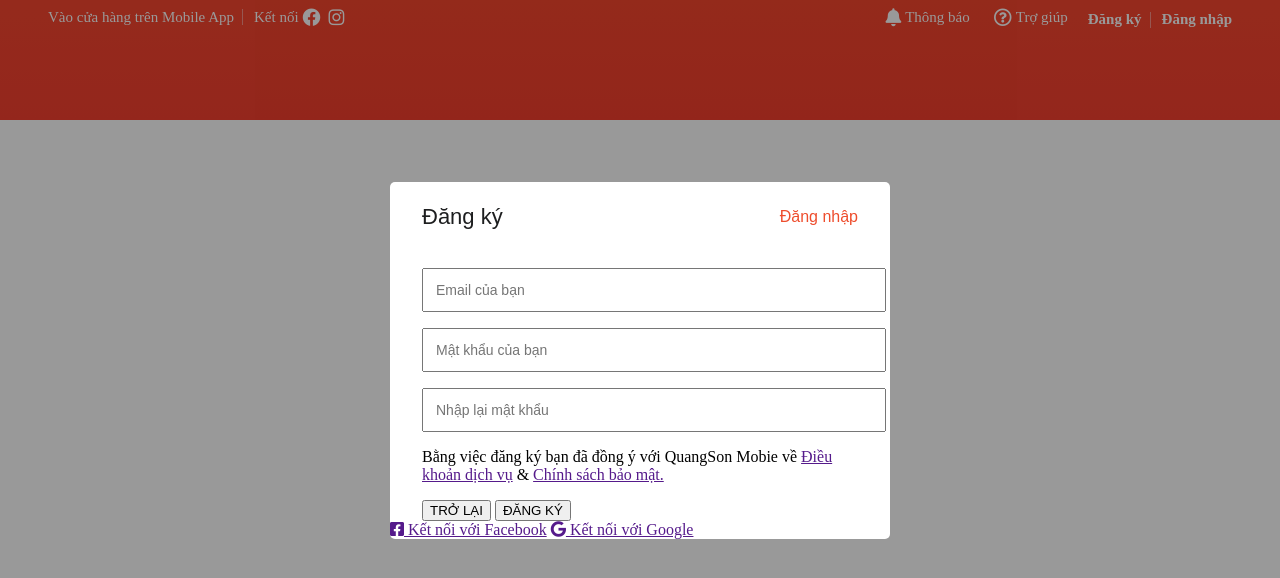
Repository: Qson412/BTL_Web
Page: index.html
An editor plug-in stored every save of this project. The page is shown before and after the next save, followed by the edit.
The browser window is 1280 px wide. The pictures show the whole page.

Above is the page before, as saved 2021-11-29 11:22:18.

### index.html
<!DOCTYPE html>
<html lang="en">

<head>
    <meta charset="UTF-8">
    <meta http-equiv="X-UA-Compatible" content="IE=edge">
    <meta name="viewport" content="width=device-width, initial-scale=1.0">
    <link rel="stylesheet" href="./base.css">
    <link rel="stylesheet" href="./main.css">
    <link rel="stylesheet" href="./fontawesome-free-5.15.4-web/css/all.min.css">
    <title>Trang trủ</title>
</head>

<body>
    <div class="app">
        <!-- HEADER -->
        <header class="header">
            <div class="grid">
                <nav class="header__navbar">
                    <ul class="header__navbar-list">
                        <li class="header__navbar-item header__navbar-item--has-qr header__navbar-item--separate">
                            Vào cửa hàng trên Mobile App
                            <!--Link Dowloads App in QR, GG Play and AppStore-->
                            <div class="header__qr">
                                <img src="./uploads/qr_code.png" alt="QR code" class="header__qr-img">
                                <div class="header__qr-app">
                                    <!--Link Dowloads App in GG Play-->
                                    <a href="https://play.google.com/store/apps/details?id=com.shopee.vn&hl=vi&gl=US"
                                        class="header__qr-link"><img src="./uploads/gg_play.png" alt="Google Play"
                                            class="header__qr-dowloads-img"></a>
                                    <!--Link Dowloads App in AppStore-->
                                    <a href="https://apps.apple.com/vn/app/id959841449" class="header__qr-link"><img
                                            src="./uploads/appstore.png" alt="App Store"
                                            class="header__qr-dowloads-img"></a>
                                </div>
                            </div>
                        </li>
                        <li class="header__navbar-item">
                            <span class="header__navbar-title--no-poiter">Kết nối</span>
                            <a href="https://www.facebook.com/" class="header__navbar-icon-link"><i
                                    class="header__navbar-icon fab fa-facebook"></i></a>
                            <a href="https://www.instagram.com/" class="header__navbar-icon-link"><i
                                    class="header__navbar-icon fab fa-instagram"></i></a>
                        </li>
                    </ul>

                    <ul class="header__navbar-list">
                        <li class="header__navbar-item header__navbar-item--has-notify"><a href="" class="header__navbar-item-link">
                                <i class="header__navbar-icon fas fa-bell"></i>
                                Thông báo</a>
                                <!-- Header Notification-->
                                <div class="header__notify">
                                    <header class="header__notify-header">
                                        <h3> Thông báo mới nhận</h3>
                                    </header>
                                    <ul class="header__notify-list">
                                        <li class="header__notify-item header__notify-item--viewed">
                                            <a href="" class="header__notify-link">
                                                <img src="https://cf.shopee.vn/file/3096ba0dd1902385608dca97184bb28b_tn" alt="" class="header__notify-img">
                                                <div class="header__notify-info">
                                                    <span class="header__notify-name">
                                                        Dòng điện thoại SamSung chính hãng vừa ra mắt. </span>
                                                    <span class="header__notify-descriotion">
                                                        Mô tả: SamSung Galaxy Z Fold3 5G.
                                                    </span>
                                                </div>
                                            </a>
                                        </li>

                                        <li class="header__notify-item header__notify-item--viewed">
                                            <a href="" class="header__notify-link">
                                                <img src="https://cf.shopee.vn/file/98a817a6d4d54cbe3c3f241815fc9c8f" alt="" class="header__notify-img">
                                                <div class="header__notify-info">
                                                    <span class="header__notify-name">
                                                        Siêu sale hàng chính hãng cùng Oppo </span>
                                                    <span class="header__notify-descriotion">
                                                        Mô tả: OPPO RENO 6(8GB | 128GB) - Hàng chính hãng.
                                                    </span>
                                                </div>
                                            </a>
                                        </li>

                                        <li class="header__notify-item header__notify-item--viewed">
                                            <a href="" class="header__notify-link">
                                                <img src="https://cf.shopee.vn/file/cd2c1b70c092a7ce16bf17bdd33a638e" alt="" class="header__notify-img">
                                                <div class="header__notify-info">
                                                    <span class="header__notify-name">
                                                        Xiaomi đang giảm giá dòng sản phẩm mới với giá cực sốc.</span>
                                                    <span class="header__notify-descriotion">
                                                        Mô tả: Xiaomi Redmi 10(4GB|128GB) - Hàng chính hãng.
                                                    </span>
                                                </div>
                                            </a>
                                        </li>
                                    </ul>
                                    <footer class="header__notify-footer">
                                        <a href="" class="header__notify-footer-btn">Xem tất cả</a>
                                    </footer>
                                </div>
                        </li>
                        <li class="header__navbar-item"><a href="" class="header__navbar-item-link">
                                <i class="header__navbar-icon far fa-question-circle"></i>
                                Trợ giúp</a>
                        </li>
                        <li class="header__navbar-item header__navbar-item--strong header__navbar-item--separate">Đăng
                            ký</li>
                        <li class="header__navbar-item header__navbar-item--strong">Đăng nhập</li>
                    </ul>
                </nav>
            </div>

        </header>

        <div class="container">

        </div>

        <footer class="footer">

        </footer>
    </div>
    <!-- Modal Body-->
    <div class="modal">
        <div class="modal__overlay"> </div>

        <div class="modal__body">

            <!-- Regiser/Login Form-->
            <div class="auth-form">
                <div class="auth-form__container">
                    <div class="auth-form__header">
                        <h3 class="auth-form__heading">Đăng ký</h3>
                        <span class="auth-form__switch-btn">Đăng nhập</span>
                    </div>

                    <div class="auth-form__form">
                        <div class="auth-form__group">
                            <input type="text" class="auth-form__input" placeholder="Email của bạn">
                        </div>
                        <div class="auth-form__group">
                            <input type="password" class="auth-form__input" placeholder="Mật khẩu của bạn">
                        </div>
                        <div class="auth-form__group">
                            <input type="password" class="auth-form__input" placeholder="Nhập lại mật khẩu">
                        </div>
                    </div>
                    <div class="auth-form__aside">
                        <p class="auth-form__policy-text">Bằng việc đăng ký bạn đã đồng ý với QuangSon Mobie về
                            <a href="" class="auth-form__policy-link">Điều khoản dịch vụ</a> &
                            <a href="" class="auth-form__policy-link">Chính sách bảo mật.</a>
                        </p>
                    </div>
                    <div class="auth-form__controls">
                        <button class="btn">TRỞ LẠI</button>
                        <button class="btn btn--primary">ĐĂNG KÝ</button>
                    </div>
                </div>

                <div class="auth-form__socials">
                    <a href="" class="btn btn--with-icon">
                        <i class="fab fa-facebook-square"></i>
                        Kết nối với Facebook</a>
                    <a href="" class="btn btn--with-icon">
                        <i class="fab fa-google"></i>
                        Kết nối với Google</a>
                </div>
            </div>

        </div>
    </div>
</body>

</html>

### base.css
body{
    margin: 0;
    padding: 0;
}
.grid{
    width: 1200px;
    max-width: 100%;
    margin: 0 auto;
}

/* Animation */
@keyframes fadeIn{
    from{
        opacity: 0;
    }
    to{
        opacity: 1;
    }
}
/* Bien ma mau*/
:root{
    --primary-color: #ee4d2d;
}

/* Modal */
.modal{
    position: fixed;
    top: 0;
    right: 0;
    left: 0;
    bottom: 0;
    display: flex;
}

.modal__overlay{
    position: absolute;
    width: 100%;
    height: 100%;
    background-color: rgba(0,0,0, 0.4);
}

.modal__body{
    z-index: 1;
    position: relative;
   background-color: white;
    margin: auto;
    border-radius: 5px;
}

### main.css
.header{

    height: 120px;
    background-image: linear-gradient(0, #f63f2e, #f7462e);
}
.header__navbar{
    display: flex;
    justify-content: space-between;
}
.header__navbar-list{
    list-style: none;
    padding-left: 0;
    margin-top: 4px;
}

.header__navbar-icon-link{
    color: white;
    text-decoration: none;
}

.header__navbar-icon{
    font-size: 18px;
    margin: 0 4px;
}
.header__navbar-item{
    margin: 0 8px ;
    position: relative;
    min-height: 26px;
}
.header__navbar-item--has-qr:hover .header__qr{
    display: block;
}
.header__navbar-item--has-notify:hover .header__notify{
    display: block;
}
.header__navbar-item,
.header__navbar-item-link{
    display: inline-block;
    font-size: 15px;
    color: white;
    text-decoration: none;
   font-family: 'Times New Roman', Times, serif;
}
.header__navbar-item:hover,
.header__navbar-icon-link:hover,
.header__navbar-item-link:hover{
    cursor: pointer;
    color: rgba(255, 255, 255, 0.7);
}

.header__navbar-item,
.header__navbar-item-link,
.header__navbar-icon-link{
    display: inline-flex;
    align-items: center;
}
.header__navbar-item--strong{
    font-weight: 900;
}

.header__navbar-item--separate::after{
    content: "";
    display: block;
    position: absolute;
    border-left: 1px solid #FB9086;
    height: 16px;
    right: -9px;
    top: 50%;
    transform: translateY(-50%);
}

.header__navbar-title--no-poiter{
    cursor: text;
    color: white;
}

/* Header QR code */
.header__qr{
    width: 175px;
    background-color: white ;
    position: absolute;
    left: 0;
    top: 118%;
    padding: 8px;
    border-radius: 2px;
    display: none;
    animation: fadeIn ease-in 0.5s;
}
.header__qr::before{
    position: absolute;
    left: 0;
    top: -16px;
    width: 100%;
    height: 20px;
    content: "";
    display: block;
}
.header__qr-img{
    width: 100%;
}

.header__qr-app{
    display: flex;
    justify-content: space-between;
    /* width: 100%;*/
}

.header__qr-link:nth-child(1){
    margin-left: 11px;
}
.header__qr-link:nth-child(2){
    margin-right: 11px;
}
.header__qr-dowloads-img{
    height: 16px;
}
/* HEADER NOTI.fication */
.header__notify{
    position: absolute;
    top: 118%;
    width: 404px;
    border: 1px solid #d3d3d3;
    background-color: white;
    right: 0;
    cursor: default;
    transform-origin: calc(100% - 20px) top ;
    animation: headerNotifyGrowth ease-in 0.2s;
    /* Mo rong animation trong truong hop 1 so Web không ho tro Animation */
    -webkit-animation: headerNotifyGrowth ease-in 0.2s;
    will-change: opacity, transform;
    display: none;
}

.header__notify::before{
    content: "";
    border-width: 20px 27px;
    border-style: solid;
    border-color: transparent transparent white transparent;
    position: absolute;
    right: 4px;
    top: -28px;
}

.header__notify::after{
    content: "";
    display: block;
    position: absolute;
    width: 90px;
    height: 20px;
    right: 0;
    top: -16px;
}
@keyframes headerNotifyGrowth{
    from{
        opacity: 0;
        transform: scale(0);
    }
    to{
        opacity: 1;
        transform: scale(1);
    }
}
.header__notify-header{
    height: 40px;
    background-color: white;
}

.header__notify-header h3{
    color: #999;
    margin:0 0 0 12px;
    font-weight: 400;
    font-size: 15px;
    line-height: 40px;
    user-select: none;
}

.header__notify-list{
    padding-left: 0;
}

.header__notify-item{
    display: flex;
}

.header__notify-item:hover{
    background-color: #f7f7f7;
}
.header__notify-item--viewed{
    background-color: rgb(238, 75, 43 , 0.08);
}

.header__notify-link{
    display: flex;
    width: 100%;
    padding: 12px;
    text-decoration: none;
    background-color: rgb(238, 77, 45 , 0.08);
}

.header__notify-img{
    width: 50px;
    object-fit: contain;
}

.header__notify-info{
    margin-left: 12px;
}

.header__notify-name{
    display:block;
    font-size: 14px;
    color: black;
    font-weight: 400;
    line-height: 1.2rem;
}

.header__notify-descriotion{
    display: block;
    font-size: 12px;
    color: #756f6e;
    line-height: 1.6rem;
}

.header__notify-footer{
    display: flex;
}

.header__notify-footer-btn{
    text-decoration: none;
    color: #272626;
    width: 100%;
    padding: 8px 0;
    text-align: center;
}

/* Authel Modal */
.auth-form{
    width: 500px;
}
.auth-form__container{
    padding: 0 32px;
}

.auth-form__header{
    display: flex;
    align-items: center;
    justify-content: space-between;
    font-family: Arial, Helvetica, sans-serif;
}

.auth-form__heading{
    font-size: 22px;
    font-weight: 500;
    color: rgb(29, 30, 31);
}

.auth-form__switch-btn{
    font-size: 16px;
    font-weight: 500;
    color: var(--primary-color);
    cursor: pointer;
}



.auth-form__input{
    width: 100%;
    height: 40px;
    margin-top: 16px;
    padding: 0 12px;
    font-size: 14px;
}

Loaded but not shown: fontawesome-free-5.15.4-web/css/all.min.css (library)

After the next save:
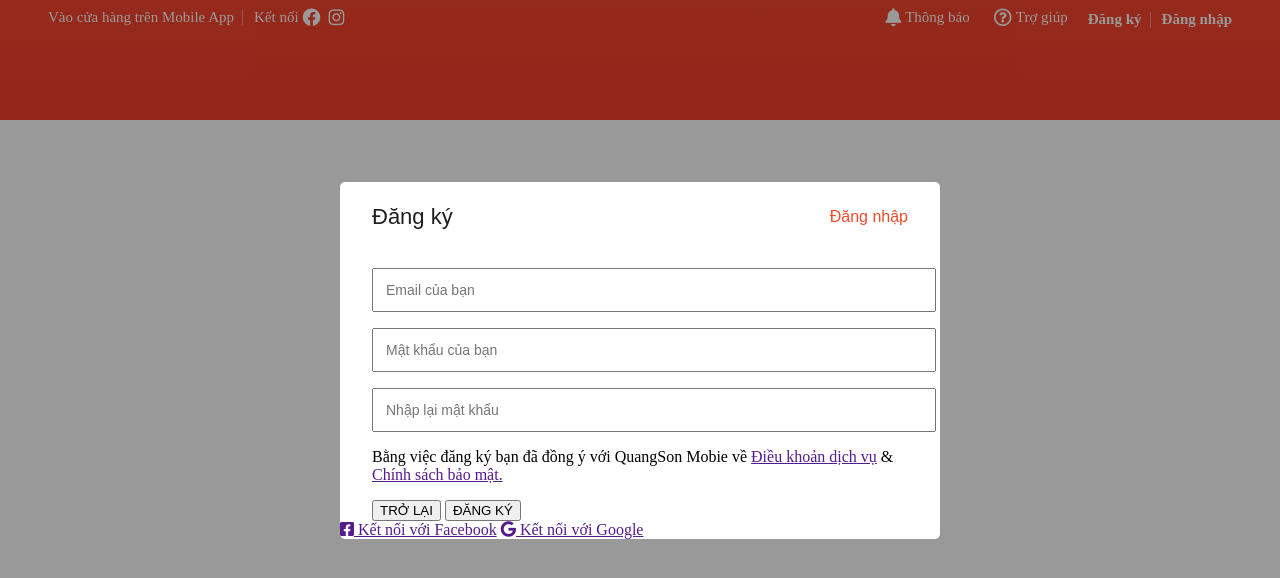
Saved 53 s later.
--- a/main.css
+++ b/main.css
@@ -235,7 +235,7 @@
 
 /* Authel Modal */
 .auth-form{
-    width: 500px;
+    width: 600px;
 }
 .auth-form__container{
     padding: 0 32px;
@@ -261,7 +261,9 @@
     cursor: pointer;
 }
 
-
+.auth-form__form{
+
+}
 
 .auth-form__input{
     width: 100%;

After the save that followed:
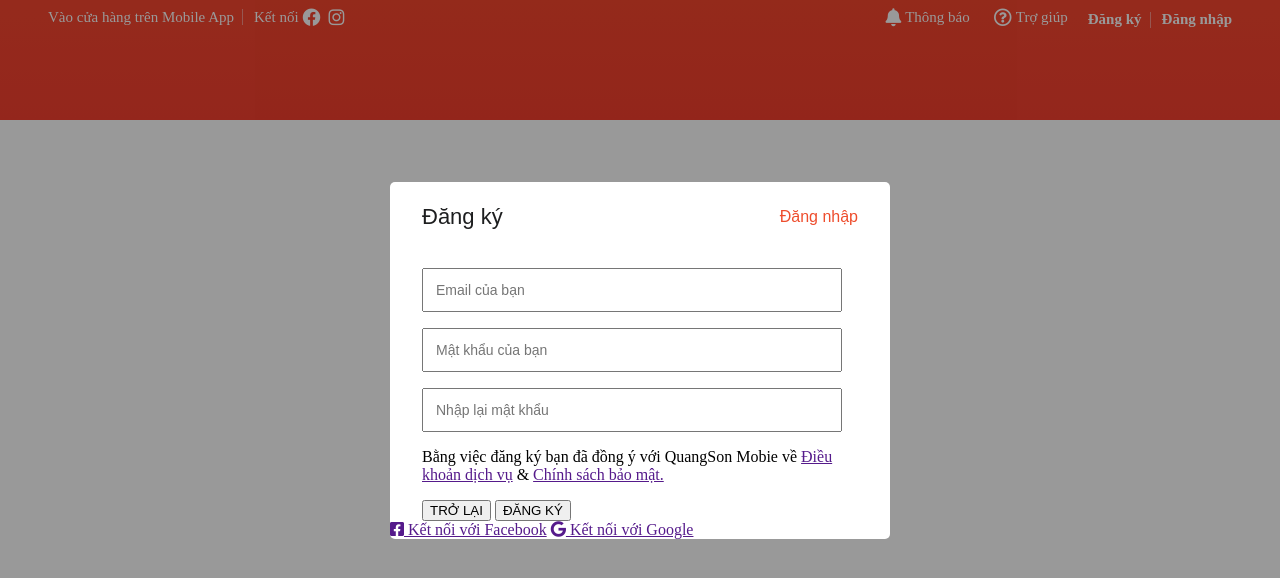
Saved 13 s later.
--- a/main.css
+++ b/main.css
@@ -235,7 +235,7 @@
 
 /* Authel Modal */
 .auth-form{
-    width: 600px;
+    width: 500px;
 }
 .auth-form__container{
     padding: 0 32px;
@@ -266,7 +266,7 @@
 }
 
 .auth-form__input{
-    width: 100%;
+    width: 90%;
     height: 40px;
     margin-top: 16px;
     padding: 0 12px;
